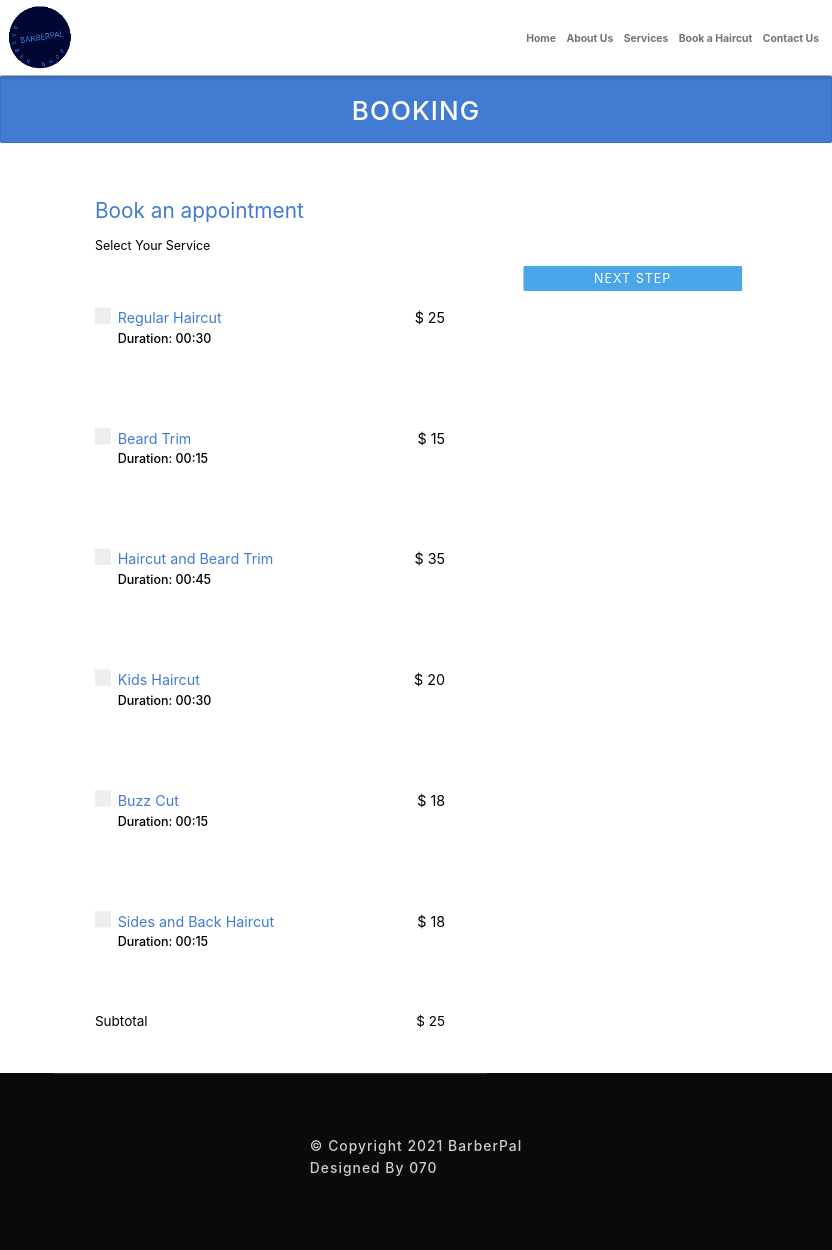
Repository: ofovweewere/haircutPal
Page: /services
These files come from the project's save history. The page is drawn as it stood at one moment and after the next save; the edit follows.
The browser window is 1280 px wide. The pictures show the whole page, at 65% of full size.
The project was rebuilt for these pictures with package versions that can differ from the ones it lists, and the page was loaded fresh each time. Also part of the build but not shown: src/tutorial/0-Practice/bookCut.js, src/tutorial/0-Practice/about.js, src/tutorial/0-Practice/servicesAndProducts.js, src/tutorial/0-Practice/contact.js, src/tutorial/0-Practice/landing.js, src/tutorial/0-Practice/checkboxOptionTwo.js, src/tutorial/0-Practice/error.js.

Above is the page before, as saved 2022-06-25 14:05:46.

After the next save:
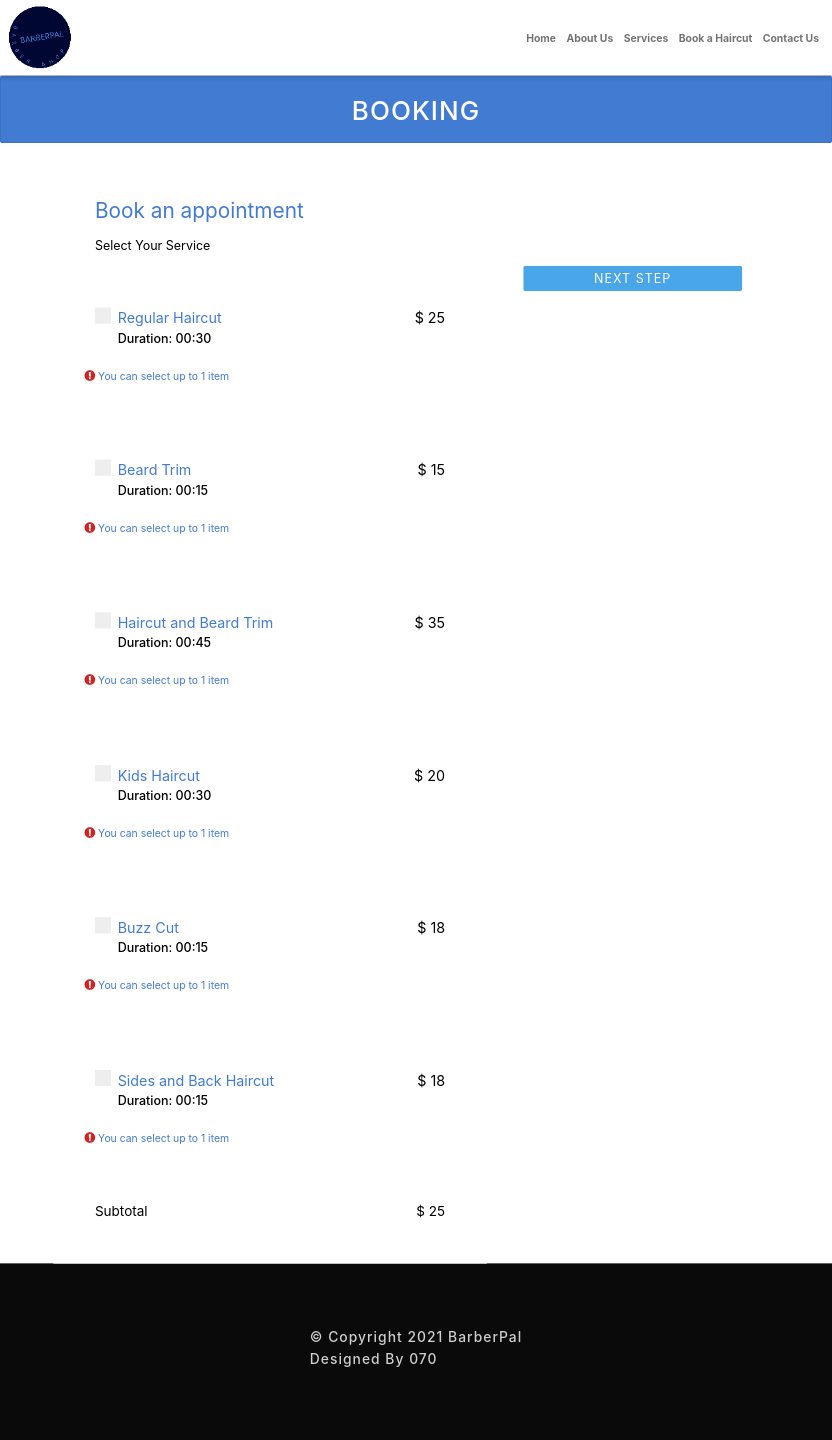
Saved 26 min 30 s later.
--- a/src/tutorial/0-Practice/checkboxOption.js
+++ b/src/tutorial/0-Practice/checkboxOption.js
@@ -1,8 +1,8 @@
-import React, { useContext}  from 'react';
+import React, { useState, useContext}  from 'react';
 import {BookingsContext} from './index.js';
 const CheckboxOption = ({title, description, cost, idd}) => {
   let {bookings,checked, itemSelection} = useContext(BookingsContext);
-
+  const [displayVal, setDisplayVal] = useState(checked[idd]?'block':'hidden');
   return (
     <>
       <div
@@ -76,7 +76,7 @@ const CheckboxOption = ({title, description, cost, idd}) => {
                 </tr> */}
               </tbody>
             </table>
-            {bookings[idd] && <p className='secondItem'><span className='exclamation'><i class="fa fa-exclamation-circle" aria-hidden="true"></i></span> You can select up to 1 item</p>}
+            <p className='secondItem' display='displayVal'><span className='exclamation'><i class="fa fa-exclamation-circle" aria-hidden="true"></i></span> You can select up to 1 item</p>
           </div>
           {/* <div style={{color:'#427bd2',fontWeight:'normal'}} >
              <label class="containers">
